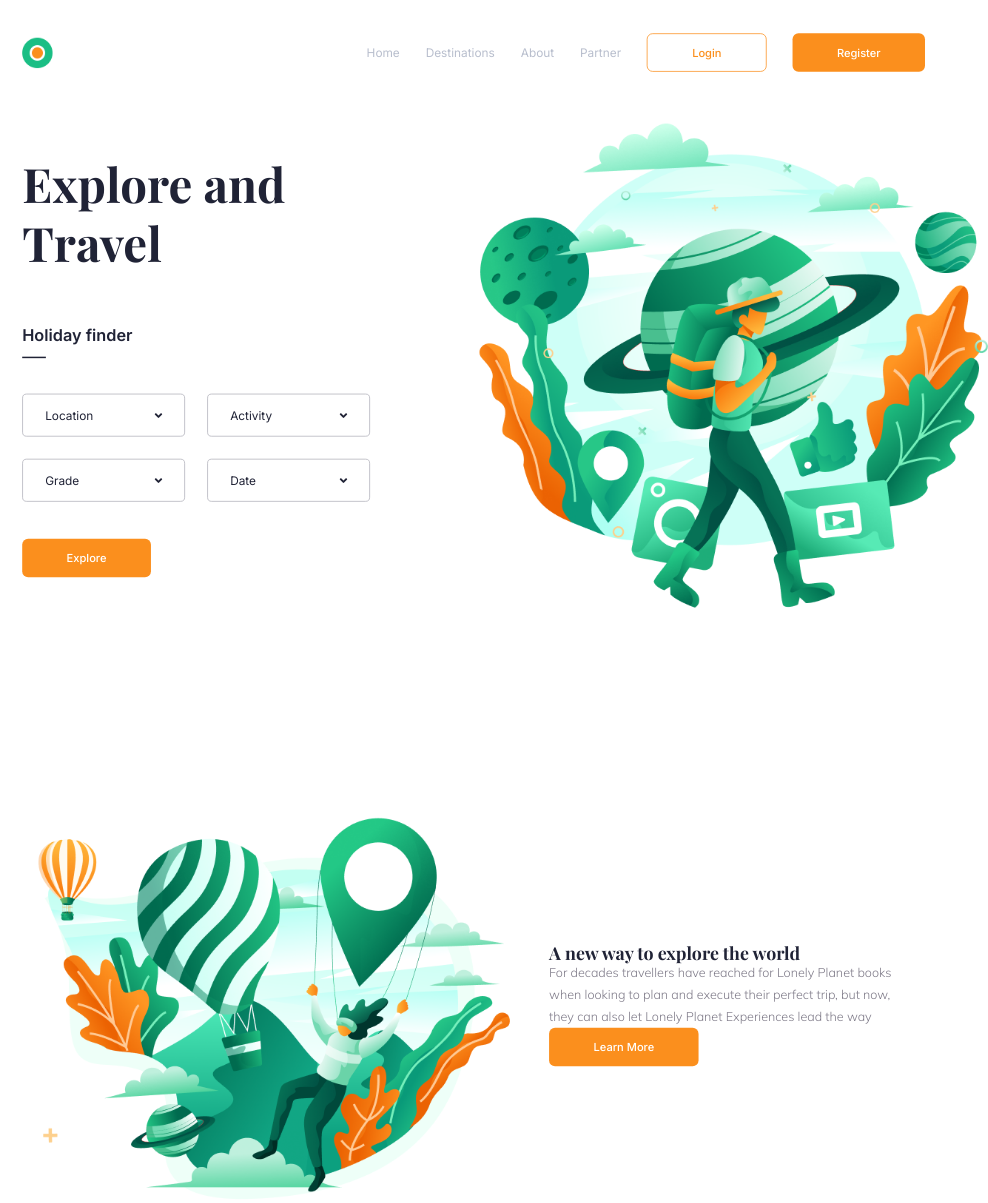
Repository: long5122000/sunny
Page: index.html
These files come from the project's save history. The page is drawn as it stood at one moment and after the next save; the edit follows.
The browser window is 1280 px wide. The page is 1335 px wide, so the pictures cover 1335 px, including what lies to the right of the window. The pictures show the whole page, at 74% of full size.
The style sheet was rebuilt from its Sass, Less or Tailwind sources for each picture, by a compiler version that may differ from the author's.

Above is the page before, as saved 2021-11-24 21:47:18.

### index.html
<!DOCTYPE html>
<html lang="en">
  <head>
    <meta charset="UTF-8" />
    <meta http-equiv="X-UA-Compatible" content="IE=edge" />
    <meta name="viewport" content="width=device-width, initial-scale=1.0" />
    <title>Thousand Sunny</title>
    <link rel="preconnect" href="https://fonts.googleapis.com" />
    <link rel="preconnect" href="https://fonts.gstatic.com" crossorigin />
    <link
      href="https://fonts.googleapis.com/css2?family=Inter:wght@400;500;600&family=Mulish:wght@300&family=Playfair+Display:wght@700&display=swap"
      rel="stylesheet"
    />
    <link
      rel="stylesheet"
      href="https://use.fontawesome.com/releases/v5.15.4/css/all.css"
      integrity="sha384-DyZ88mC6Up2uqS4h/KRgHuoeGwBcD4Ng9SiP4dIRy0EXTlnuz47vAwmeGwVChigm"
      crossorigin="anonymous"
    />
    <link rel="stylesheet" href="./css/app.css" />
  </head>
  <body>
    <div class="wrapper">
      <header class="header">
        <div class="container">
          <div class="header-main">
            <img srcset="./images/logo.png 2x" alt="" />
            <ul class="menu">
              <li class="menu-item">
                <a href="#" class="menu-link">Home</a>
              </li>
              <li class="menu-item">
                <a href="#" class="menu-link">Destinations</a>
              </li>
              <li class="menu-item">
                <a href="#" class="menu-link">About</a>
              </li>
              <li class="menu-item">
                <a href="#" class="menu-link">Partner</a>
              </li>
              <li class="menu-item">
                <a href="#" class="btn btn--secondary">Login</a>
              </li>
              <li class="menu-item">
                <a href="#" class="btn btn--primary">Register</a>
              </li>
            </ul>
          </div>
        </div>
      </header>
      <main>
        <section class="hero">
          <div class="container">
            <div class="hero-main">
              <div class="hero-content">
                <h1 class="heading hero-heading">Explore and Travel</h1>
                <div class="hero-caption">Holiday finder</div>
                <div class="hero-form">
                  <div class="dropdown">
                    <div class="dropdown-select">
                      <span class="dropdown-value">Location</span>
                      <i class="fas fa-angle-down"></i>
                    </div>
                    <div class="dropdown-list">
                      <div class="dropdown-item">title</div>
                      <div class="dropdown-item">title</div>
                      <div class="dropdown-item">title</div>
                    </div>
                  </div>
                  <div class="dropdown">
                    <div class="dropdown-select">
                      <span class="dropdown-value">Activity</span>
                      <i class="fas fa-angle-down"></i>
                    </div>
                    <div class="dropdown-list">
                      <div class="dropdown-item">title</div>
                      <div class="dropdown-item">title</div>
                      <div class="dropdown-item">title</div>
                    </div>
                  </div>
                  <div class="dropdown">
                    <div class="dropdown-select">
                      <span class="dropdown-value">Grade</span>
                      <i class="fas fa-angle-down"></i>
                    </div>
                    <div class="dropdown-list">
                      <div class="dropdown-item">title</div>
                      <div class="dropdown-item">title</div>
                      <div class="dropdown-item">title</div>
                    </div>
                  </div>
                  <div class="dropdown">
                    <div class="dropdown-select">
                      <span class="dropdown-value">Date</span>
                      <i class="fas fa-angle-down"></i>
                    </div>
                    <div class="dropdown-list">
                      <div class="dropdown-item">title</div>
                      <div class="dropdown-item">title</div>
                      <div class="dropdown-item">title</div>
                    </div>
                  </div>
                </div>
                <a href="#!" class="btn btn--primary">Explore</a>
              </div>
              <div class="hero-image">
                <img srcset="./images/img1.png 2x" alt="" />
              </div>
            </div>
          </div>
        </section>
        <section class="explore">
          <div class="container">
            <div class="explore-main">
              <div class="explore-image">
                <img srcset="./images/img2.png 2x" alt="" />
              </div>
              <div class="explore-content">
                <h2 class="heading explore-heading">
                  A new way to explore the world
                </h2>
                <p class="text explore-desc">
                  For decades travellers have reached for Lonely Planet books
                  when looking to plan and execute their perfect trip, but now,
                  they can also let Lonely Planet Experiences lead the way
                </p>
                <div class="btn btn--primary" href="!#">Learn More</div>
              </div>
            </div>
          </div>
        </section>
      </main>
    </div>
    <script src="scripts/app.js"></script>
  </body>
</html>

### sass/app.scss
@import "reset";
@import "variables";
@import "global";
@import "typography";
@import "header";
@import "menu";
@import "hero";
@import "explore";
@import "footer";

### sass/_variables.scss
$primary-font: "Inter", sans-serif;
$secondary-font: "Playfair Display", serif;
$third-font: "Mulish", sans-serif;
$gray: #b8becd;
$gray-dark: #afb0b9;
$gray-darker: #7d7987;
$gray-darkest: #202336;
$primary-color: #fb8f1d;

### sass/_global.scss
.wrapper {
  max-width: 1600px;
  margin: 0 auto;
}
.container {
  max-width: 1260px;
  margin: 0 auto;
  padding: 0 20px;
}
ul {
  list-style: none;
}
.btn {
  display: inline-flex;
  justify-content: center;
  align-items: center;
  cursor: pointer;
  font-size: 15px;
  font-weight: 500;
  font-family: $primary-font;
  line-height: 1;
  height: 52px;
  padding: 0 60px;
  border-radius: 8px;
  background-color: transparent;
  border: 0;
  outline: none;
  &--primary {
    color: white;
    background-color: $primary-color;
  }
  &--secondary {
    color: $primary-color;
    border: 1px solid currentColor;
  }
}
.dropdown {
  &-list {
    display: none;
  }
  &-select {
    display: flex;
    justify-content: space-between;
    align-items: center;
    padding: 20px 30px;
    border-radius: 6px;
    border: 1px solid $gray-dark;
    color: $gray-darkest;
    cursor: pointer;
  }
}

### sass/_typography.scss
body {
  font-family: $primary-font;
  font-size: 16px;
  line-height: 1;
  color: $gray;
}
.heading {
  font-family: $secondary-font;
  color: $gray-darkest;
  &--small {
    line-height: 139%;
    font-size: 36px;
  }
}
.text {
  font-weight: 300;
  line-height: 176%;
  font-size: 17px;
  color: $gray-darker;
  font-family: $third-font;
}

### sass/_header.scss
.header {
  padding-top: 45px;
  padding-bottom: 70px;
  &-main {
    display: flex;
    justify-content: space-between;
    align-items: center;
  }
}

### sass/_menu.scss
.menu {
  display: flex;
  align-items: center;
  gap: 0 35px;
  &-link {
    color: inherit;
  }
}

### sass/_hero.scss
.hero {
  margin-bottom: 270px;
  &-main {
    display: flex;
    justify-content: space-between;
    align-items: center;
  }
  &-heading {
    font-size: 64px;
    line-height: 125%;
    margin-bottom: 74px;
  }
  &-caption {
    font-size: 22px;
    font-weight: 600;
    margin-bottom: 48px;
    padding-bottom: 20px;
    display: inline-block;
    position: relative;
    color: $gray-darkest;
    &:before {
      content: "";
      position: absolute;
      bottom: 0;
      left: 0;
      width: 32px;
      height: 2px;
      background-color: $gray-darkest;
    }
  }
  &-content {
    width: 100%;
    max-width: 470px;
  }
  &-image {
    transform: translateX(85px);
  }
  &-form {
    margin-bottom: 50px;
    display: grid;
    grid-template-columns: 1fr 1fr;
    grid-gap: 30px;
  }
}

### sass/_explore.scss
.explore {
  &-main {
    display: flex;
    justify-content: space-between;
    align-items: center;
    gap: 0 50px;
  }
  &-content {
    max-width: 508px;
    padding-right: 27px;
  }
}

Loaded but not shown: sass/_reset.scss (common file); scripts/app.js (no stored copy; drawn as an empty file); sass/_footer.scss (no stored copy; drawn as an empty file)

After the next save:
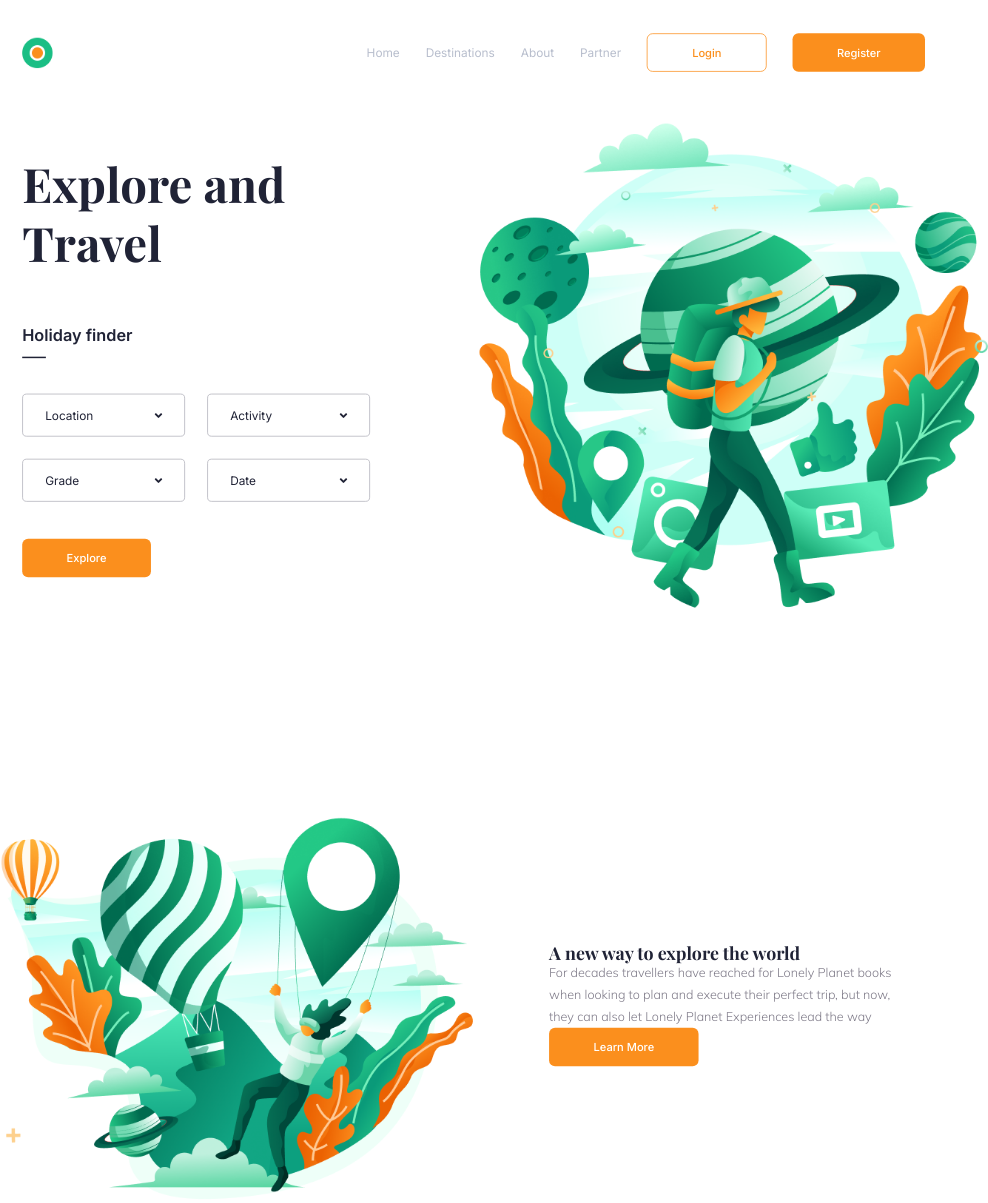
Saved 25 s later.
--- a/sass/_explore.scss
+++ b/sass/_explore.scss
@@ -9,4 +9,7 @@
     max-width: 508px;
     padding-right: 27px;
   }
+  &-image {
+    transform: translateX(-50px);
+  }
 }
